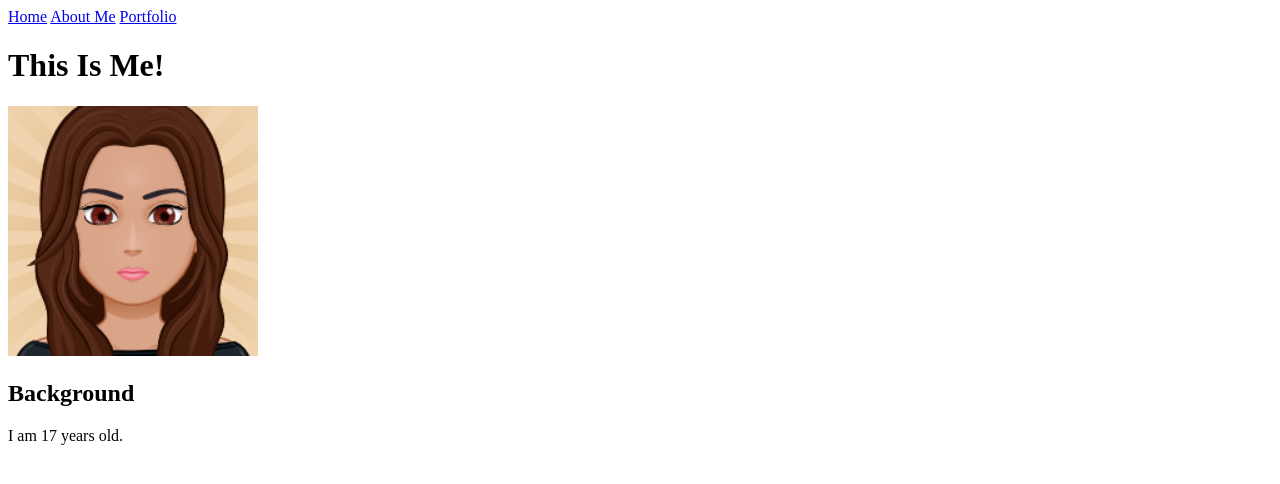
Repository: JDiaz463/JDiaz463.github.io
Page: my_website/aboutme.html
The author's editor kept a record of every edit. The page is drawn from the files as they stood at one moment, then again after the next edit.
The browser window is 1280 px wide. The pictures show the whole page.

Above is the page before.

### my_website/aboutme.html
<!doctype html>
	<html lang="en">
	  <head>
	    <meta charset="utf-8">
	    <title>About Me</title>
	  </head>
	  <body>
    <a href="index.html">Home</a>
    <a href="aboutme.html">About Me</a>
    <a href="portfolio.html">Portfolio</a>
    <h1>This Is Me!</h1>
    <img src="images/myAvatar.png" height="250">
   <h2>Background</h2>
    <p1>I am 17 years old.</p1>
	  </body>
	</html>

After the next edit:
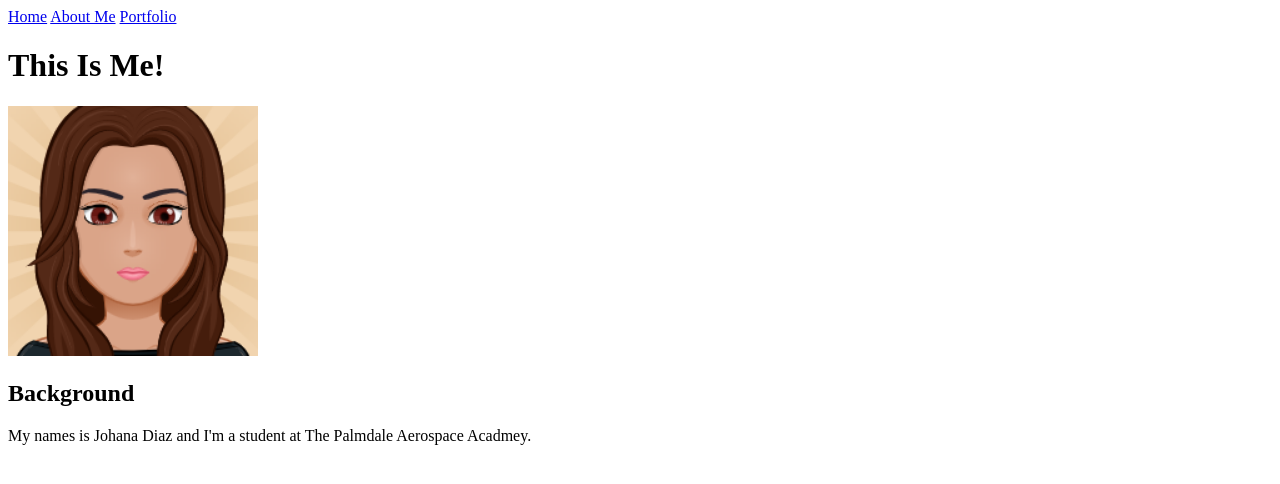
The edit:
--- a/my_website/aboutme.html
+++ b/my_website/aboutme.html
@@ -11,6 +11,7 @@
     <h1>This Is Me!</h1>
     <img src="images/myAvatar.png" height="250">
    <h2>Background</h2>
-    <p1>I am 17 years old.</p1>
+    <p1> My names is Johana Diaz and I'm a student at The Palmdale
+        Aerospace Acadmey. </p1>
 	  </body>
 	</html>
